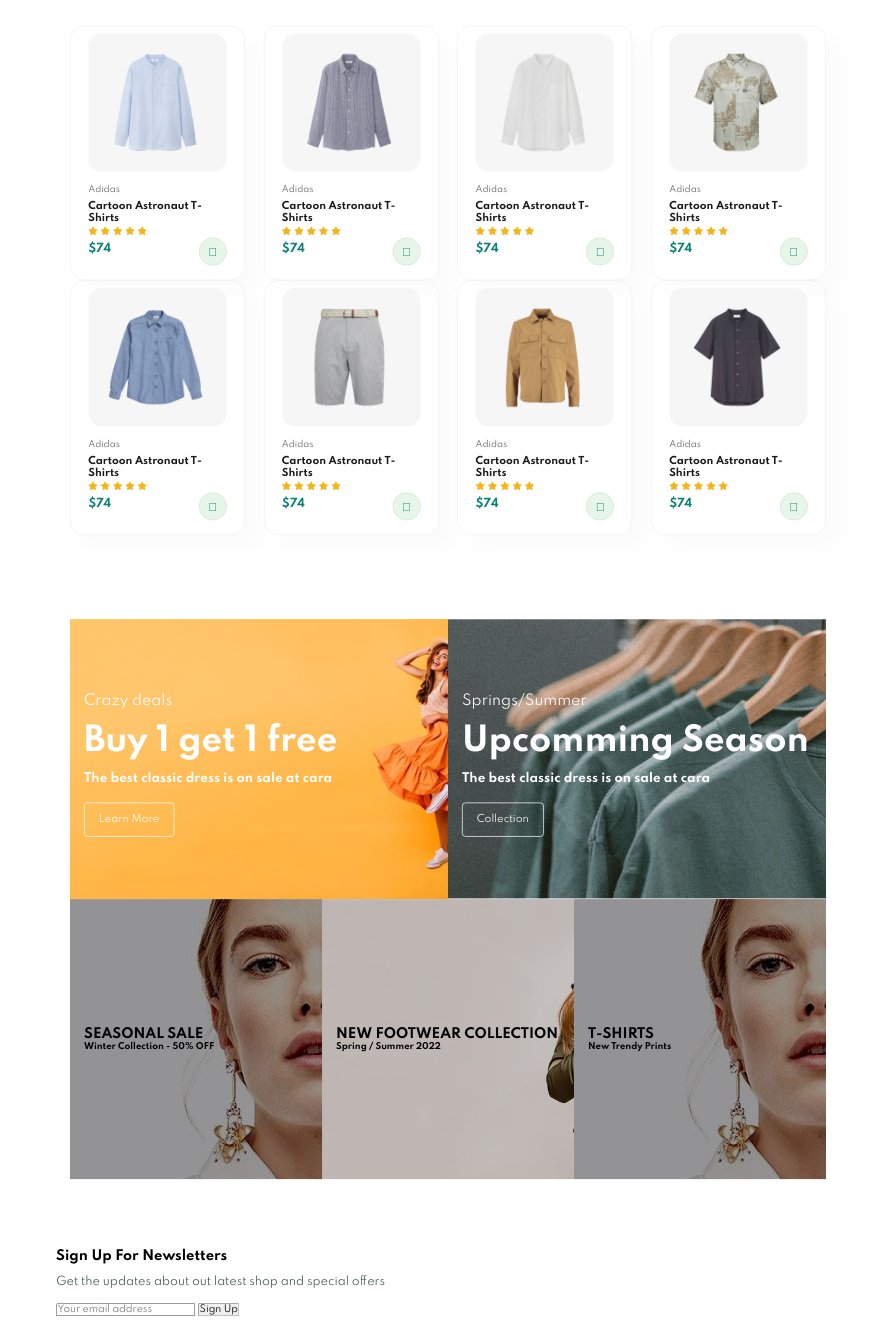
Repository: Daryllgio/E-Commerce-Website-UI
Page: index.html
The author's editor kept a copy of each file at every save. The page is drawn from the files as they stood at one save, then again after the next save.
The browser window is 1280 px wide. The pictures show the part of the page from y = 2409 to 4329 px (the page is 4329 px tall), at 70% of full size.
Some web libraries are served in a nearby version.

Above is the page before, as saved 2024-12-31 23:30:59.

After the next save:
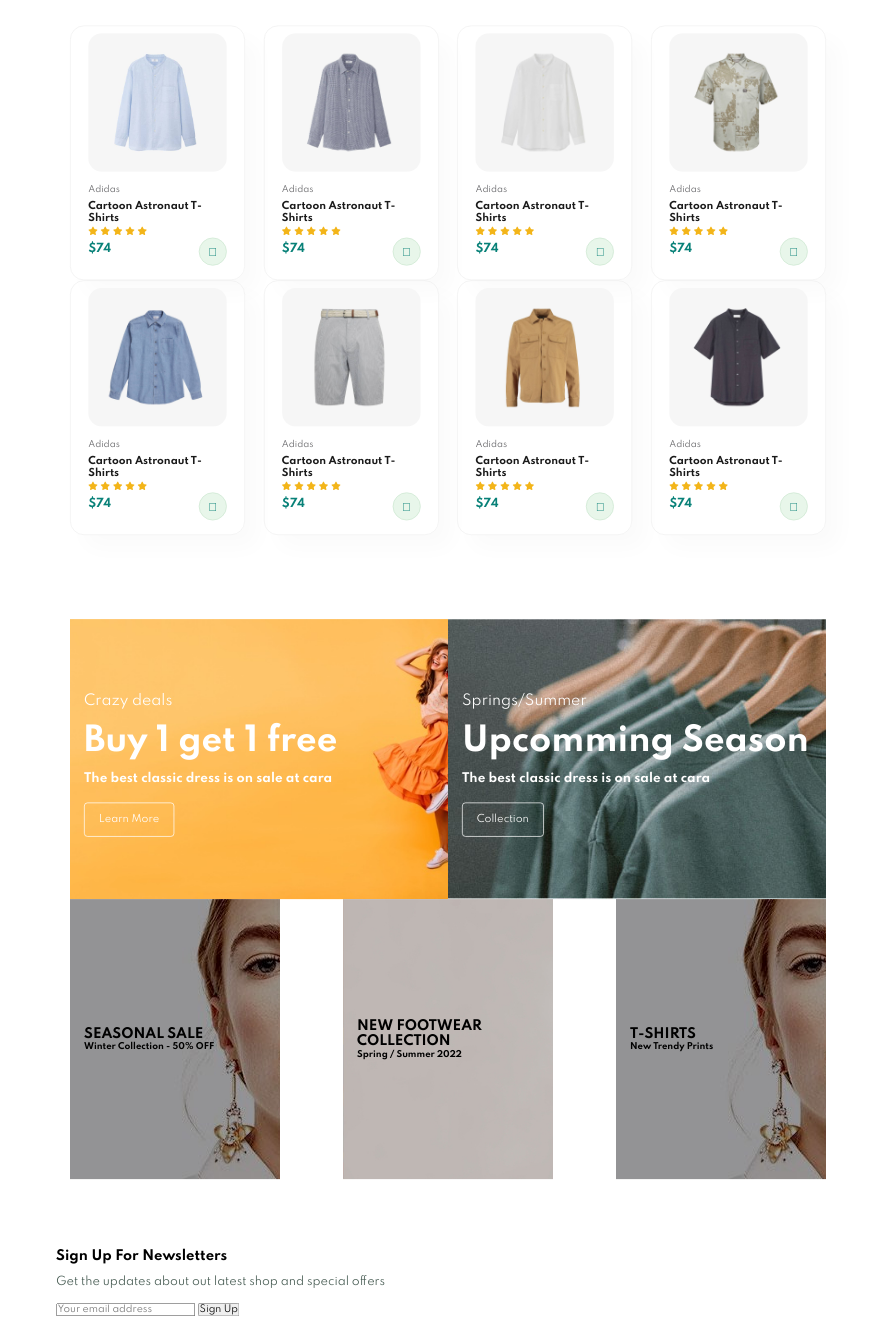
Saved 16 s later.
--- a/style.css
+++ b/style.css
@@ -371,7 +371,7 @@ body {
 #sm-banner .banner-MainContainer .banner-Container2 .banner-box {
   background-image: url("img/banner/b7.jpg");
   height: 400px;
-  width: 600px;
+  width: 300px;
   background-size: cover;
   padding: 0 20px;
   display: flex;
